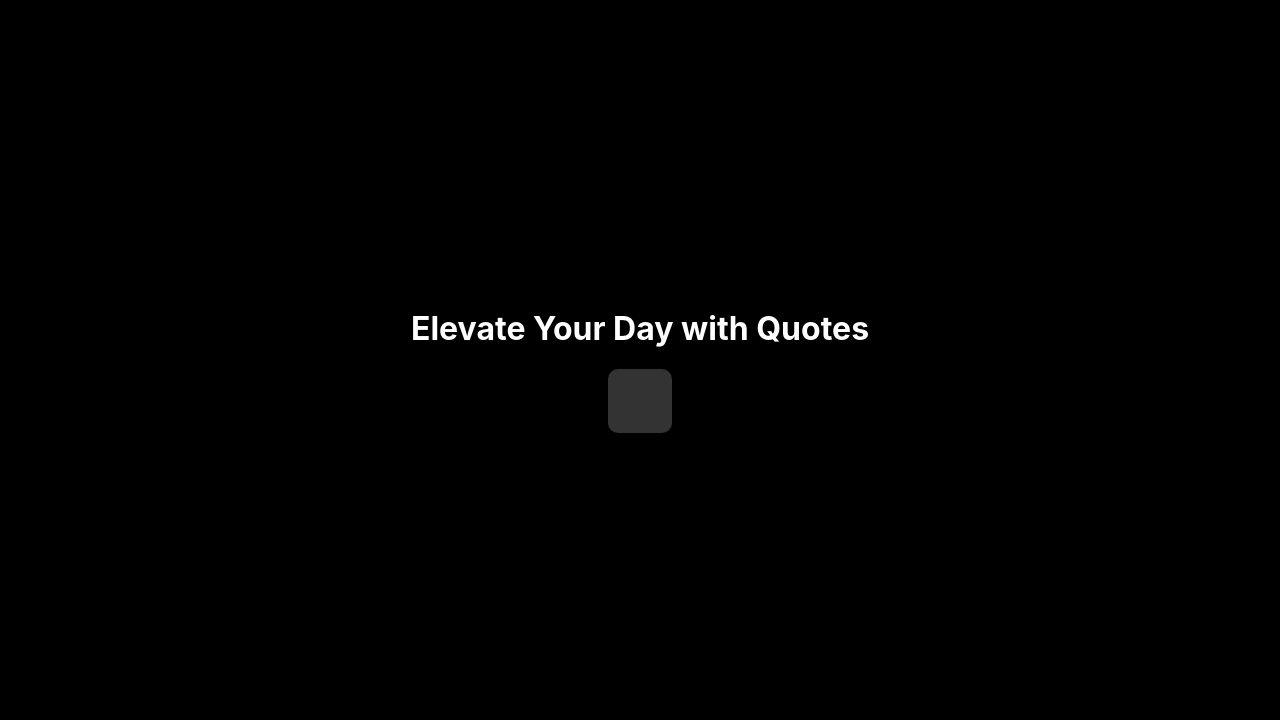
Repository: Bhavik-Sanghar/Quote-app
Page: /
These files come from the project's save history. The page is drawn as it stood at one moment and after the next save; the edit follows.
The browser window is 1280 px wide. The pictures show the whole page.
The page's requests for data from a server got no answer. The project was rebuilt for these pictures with package versions that can differ from the ones it lists, and the page was loaded fresh each time. No one was signed in, and anything a server would have sent is missing. Also part of the build but not shown: src/styles.css.

Above is the page before, as saved 2023-08-18 14:57:11.

### src/App.js
import React from 'react';
import './styles.css';
import QuoteComponent from './components/NewQuote'

function App() {
  return (
    <div className="App">

      <QuoteComponent/>


    </div>
  );
}

export default App;

### src/components/NewQuote.js
import React, { useEffect, useState } from "react";
import axios from "axios";
import './New.css'

const QuoteComponent = () => {
  const [quotes, setQuotes] = useState([]);
  const category = "inspirational";
  const apiKey = "EgtS4gqLsbjvHM2bBjKwBA==PYmsGLFQFXQzq0Na";

  useEffect(() => {
    fetchQuotes();
  }, []);

  const fetchQuotes = async () => {
    try {
      const response = await axios.get(
        `https://api.api-ninjas.com/v1/quotes?category=${category}&limit=`, // Fetching 5 quotes
        {
          headers: { "X-Api-Key": apiKey },
        }
      );
      console.log(response)
      setQuotes(response.data);
    } catch (error) {
      console.error("Error: ", error);
    }
  };

  return (
    <div className="quote-container">
      <h1>Elevate Your Day with Quotes</h1>
      <div className="card-container">
        {quotes.map((quote, index) => (
          <div key={index} className="card">
            <p className="quote-text">{quote.quote}</p>
            <p className="author">- {quote.author}</p>
          </div>
        ))}
      </div>
    </div>
  );
};

export default QuoteComponent;

### src/components/New.css
.quote-container{
  padding: auto;
  display: flex;
  flex-direction: column;
  justify-content: center;
  align-items: center;
  min-height: 100vh;
  background-color : black;
  background-image: ;
  color : white;
}

.card-container{
  backdrop-filter: blur(5px);
    background-color: hsla(0,0%,100%,.2);
    border-radius: 10px;
    padding: 2rem;
}

Loaded but not shown: public/index.html (common file); src/index.js (common file); src/index.css (common file); src/reportWebVitals.js (common file)

After the next save:
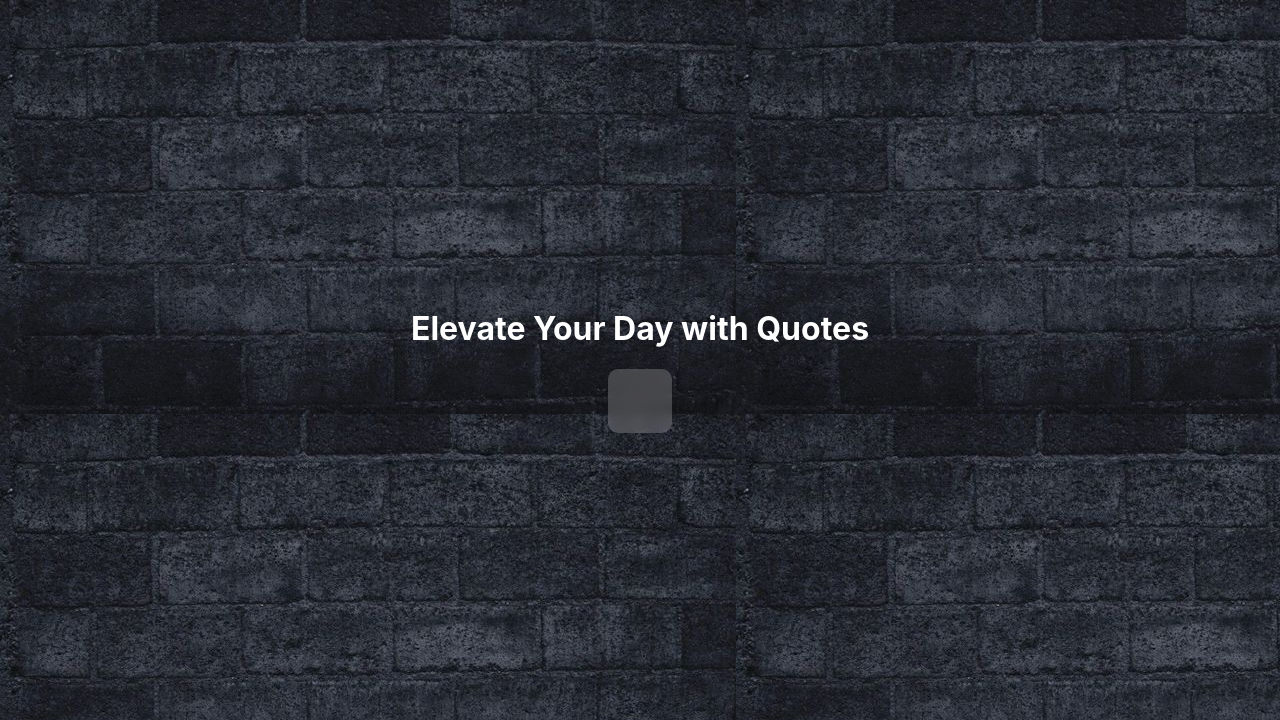
Saved 27 s later.
--- a/src/components/New.css
+++ b/src/components/New.css
@@ -6,7 +6,7 @@
   align-items: center;
   min-height: 100vh;
   background-color : black;
-  background-image: ;
+  background-image: url(./bg.jpg);
   color : white;
 }
 
